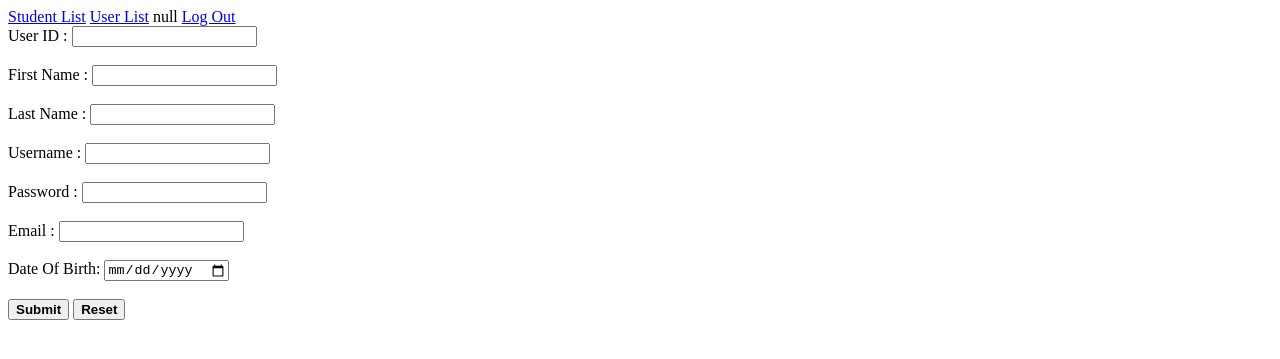
Repository: AmritOjha01/sms
Page: http://localhost/StudentManagementSystem/userCreate.jsp
The author's editor kept a copy of each file at every save. The page is drawn from the files as they stood at one save, then again after the next save.
The browser window is 1280 px wide. The pictures show the whole page.
The page is served by Tomcat 9.

Above is the page before, as saved 2017-03-24 11:27:32.

After the next save:
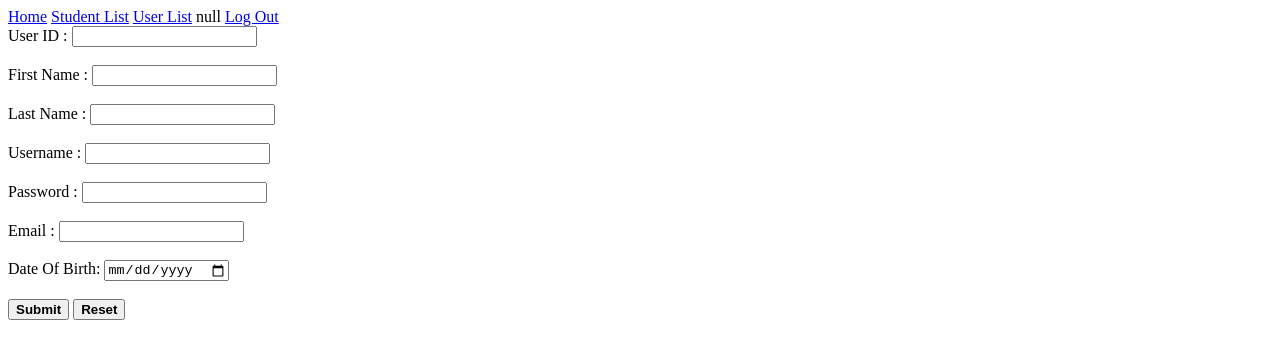
Saved 79 s later.
--- a/StudentManagementSystem/WebContent/header.jsp
+++ b/StudentManagementSystem/WebContent/header.jsp
@@ -1,3 +1,4 @@
+<a href="home.jsp">Home</a>
 <a href="StudentController?actions=list">Student List</a>
 <a href="UserController?action=listUser">User List</a>
 <%=session.getAttribute("uname")%>
